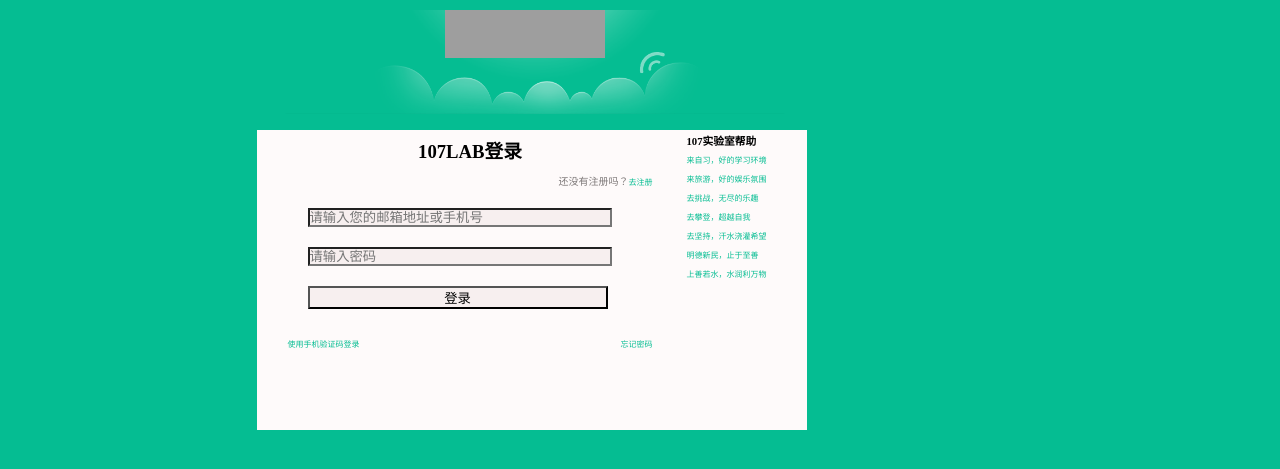
Repository: zz-yy/2023_homework
Page: 第一次考核作业/mazehua/index.html
The author's editor kept a copy of each file at every save. The page is drawn from the files as they stood at one save, then again after the next save.
The browser window is 1280 px wide. The pictures show the whole page.
Pictures or frames that could not be fetched are drawn as grey boxes.

Above is the page before, as saved 2024-04-04 22:34:37.

### 第一次考核作业/mazehua/index.html
<!DOCTYPE html>
<html lang="en">

<head>
    <meta charset="UTF-8">
    <meta http-equiv="X-UA-Compatible" content="IE=edge">
    <meta name="viewport" content="width=device-width, initial-scale=1.0">
    <title>107LAB登录</title>
    <!--引入css样式表-->
    <link rel="stylesheet" href="index.css">
    <!--引入图标样式-->
    <link rel="stylesheet" href="./iconfont.css">

</head>

<body>

    <div class="logbj">
        <div class="logo"><img src="./images/logo.png"></div><br>
    </div>

    <div class="login">
        <ul class="left">
            <li>
                <h3>107LAB登录</h3>
                <span class="tishi">还没有注册吗？<a href="#">去注册</a></span>
                <form action="#">
                    <input type="text" placeholder="请输入您的邮箱地址或手机号" name="text"><br>
                    <input type="password"  placeholder="请输入密码" name="psd"><br>
                    <input type="submit" value="登录">
                </form>
                <div class="forget"><span class="L"><a href="#">使用手机验证码登录</a> </span> <span class="R"><a href="#">忘记密码</a></span></div>
            </li>
        </ul>
        <ul class="right">
            <li>
                <h6>107实验室帮助</h6>
            </li>
           <li> <a href="#">来自习，好的学习环境</a></li>
           <li> <a href="#">来旅游，好的娱乐氛围</a></li>
            <li><a href="#">去挑战，无尽的乐趣</a></li>
            <li><a href="#">去攀登，超越自我</a></li>
            <li><a href="#">去坚持，汗水浇灌希望</a></li>
            <li><a href="#">明德新民，止于至善</a></li>
            <li><a href="#">上善若水，水润利万物</a></li>
        </ul>
    </div>


</body>

</html>

### 第一次考核作业/mazehua/index.css
* {
    margin: 0px;
    padding: 0px;
}

body {

    background: rgb(5, 189, 146);
    float: left;

}

.logbj {
    background-image: url(/images/bg_reg_wave.png);
    background-repeat: no-repeat;
    background-size: 500px;
    width: 550px;
    height: 100px;
    margin: 10px 50%;

    padding: 10px 10px;
}

.logo {
    height: 60px;
    width: 200px;
    margin: 10px 120px;

}

.logo img {
    width: 80%;
    height: 80%;
    position: relative;
    left: 30px;
    top: -20px;
}

.login {
    display: flex;
    height: 300px;
    width: 550px;
    margin: -10px 45%;
    background: #fefafa;

}

h3{
    text-align: center;
}

li {
    list-style: none;
    padding: 0px 0px;
    margin: 1px;
}

a {
    text-decoration: none;

}

.tishi {
    float: right;
    font-size: 10px;
    color: #7e7979;
    margin: 10px 0px ;
}
 a{
    font-size: 8px;
    color: rgb(5, 189, 146);
}

.left {
    width: 370px;
    height: 200px;
    margin: 0px 20px;
    float: left;
    padding: 5px 10px;
}
form{
    height: 150px;
    width: 320px;
    margin: 10px;
}
input{
    margin: 10px;
    width: 300px;
    outline-style: none;
    background: rgb(247, 239, 239);
    border-radius: 1px solid #ccc ;
}
.right {
    height: 250px;
    width: 120px;
    float: right;
    padding: auto;
    margin: 2px ;
}
.L{
    float: left;
}
.R{
    float:right;
}

### 第一次考核作业/mazehua/iconfont/iconfont.css
@font-face {
  font-family: "iconfont"; /* Project id  */
  src: url('iconfont.ttf?t=1712408906963') format('truetype');
}

.iconfont {
  font-family: "iconfont" !important;
  font-size: 16px;
  font-style: normal;
  -webkit-font-smoothing: antialiased;
  -moz-osx-font-smoothing: grayscale;
}

.icon-qq:before {
  content: "\e66a";
}

.icon-weixin:before {
  content: "\e633";
}

.icon-zhanghu:before {
  content: "\e62b";
}

.icon-weixin1:before {
  content: "\e64b";
}

.icon-qq-copy:before {
  content: "\e658";
}

.icon-QQ:before {
  content: "\e73e";
}

.icon-GitHub:before {
  content: "\ea0a";
}

.icon-Oracle:before {
  content: "\ea23";
}

.icon-QQ1:before {
  content: "\e882";
}

.icon-zaixianlianxi:before {
  content: "\e6a7";
}

.icon-QQkongjian:before {
  content: "\e666";
}

.icon-QQ2:before {
  content: "\e667";
}

.icon-search:before {
  content: "\e611";
}

.icon-qq1:before {
  content: "\e636";
}

.icon-weixin2:before {
  content: "\e782";
}

.icon-weixin3:before {
  content: "\e607";
}

.icon-QQ3:before {
  content: "\ea94";
}

After the next save:
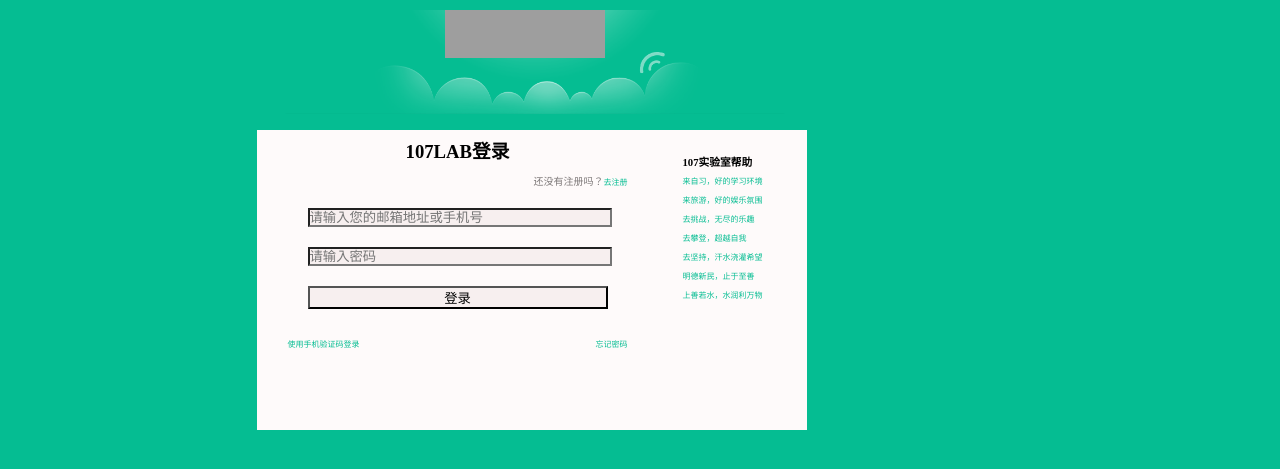
Saved 1 s later.
--- a/第一次考核作业/mazehua/index.css
+++ b/第一次考核作业/mazehua/index.css
@@ -95,7 +95,7 @@ input{
     width: 120px;
     float: right;
     padding: auto;
-    margin: 2px ;
+    margin: 23px ;
 }
 .L{
     float: left;
